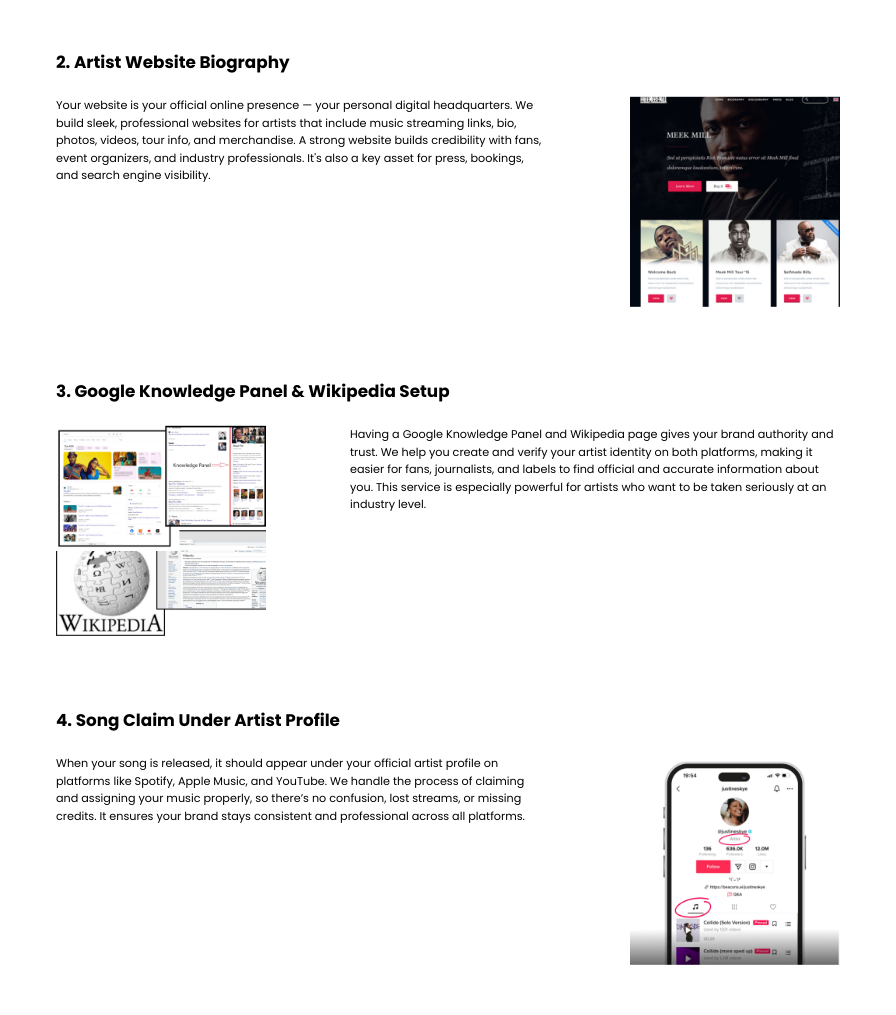
Repository: Ikebobo11/theboss
Page: servicemore.html
An editor plug-in stored every save of this project. The page is shown before and after a run of saves, followed by the edit.
The browser window is 1280 px wide. The pictures show the part of the page from y = 665 to 2585 px (the page is 2115 px tall before and 2585 px after), at 70% of full size.

Above is the page before, as saved 2025-08-30 22:22:19.

### servicemore.html
<!DOCTYPE html>
<html lang="en">
<head>
    <meta charset="UTF-8">
    <meta name="viewport" content="width=device-width, initial-scale=1.0">
    <link rel="stylesheet" href="servicemore.css">
    <link rel="shortcut icon" href="./asset/logo the boss.jpeg" type="image/x-icon">
    <link rel="preconnect" href="https://fonts.googleapis.com">
    <script src="servicemore.js" defer></script>
    <link rel="preconnect" href="https://fonts.gstatic.com" crossorigin>
    <link href="https://fonts.googleapis.com/css2?family=Poppins:ital,wght@0,100;0,200;0,300;0,400;0,500;0,600;0,700;0,800;0,900;1,100;1,200;1,300;1,400;1,500;1,600;1,700;1,800;1,900&display=swap" rel="stylesheet">
    <title>Document</title>
</head>
<body>
       <div class="menudiv">
      <div class="subhide">
        <a href="">Home</a>
        <a href="#Our-Services">Blogs</a>
        <a href="contact.html">Contact</a>
        <a href="">Potfolio</a>
      </div>
     </div>
    <header>
        <div class="header-first-div">
            <img class="logo-image" src="./asset/logo the boss.jpeg"/>
            <div class="Nav-a">
              <a class="link-a" href="index.html">Home</a>
              <a class="link-a" href="#Our-Services">Blogs</a>
              <a class="link-a" href="contact.html">Contact</a>
              <a class="link-a" href="">Potfolio</a>
            </div>
                <img class="showbut hidela" src="./asset/hamburger.png"/>
                <img class="showbut hidelb" src="./asset/multiplication.png"/>
          </div>
        </header>
        <section class="more-service">
          <main class="more-pag">
            <h1>The Boss Music Distribution & Marketing Professional Artist Services That Get You Results</h1>
            <p>
              Whether you're just starting your journey or already building a serious brand, The Boss Music Distribution & Marketing is here to take your career to the next level. Our all-in-one service model is designed to help you grow your audience, increase your exposure, and turn your talent into a lasting legacy.
              Below is a breakdown of the services we offer, each built to provide real value for independent artists, record labels, and music entrepreneurs.
            </p>
          </main>
          <main>
            <div class="serv">
                <h2>1. Google Ads</h2>
              <div class="more-content">
                <div class="imgex">
                  <img src="./asset/1.jpg"/>
                </div>
                <div>
                  <p>
                    We run highly targeted Google Ads campaigns to promote your music, videos, website, or merchandise. These ads appear across Google search results, YouTube, and partner websites, reaching fans who are actively looking for new content. This is a strategic and proven way to boost your visibility
                    and get your content in front of the right audience — not bots, just real people with real interest.
                  </p>
                </div>
              </div>
            </div>

            <div class="serv">
                <h2>2. Artist Website Biography</h2>
              <div class="more-content">
                <div>
                  <p>
                   Your website is your official online presence — your personal digital headquarters.
                   We build sleek, professional websites for artists that include music streaming links, bio, photos, videos, tour info, and merchandise. A strong website builds credibility with fans, event organizers, and industry professionals. It's also a key asset for press, bookings, and search engine visibility.
                </div>
                <div class="imgex">
                  <img src="./asset/2.jpg"/>
                </div>
               </div>
            </div>

            <div class="serv">
                <h2>3. Google Knowledge Panel & Wikipedia Setup</h2>
              <div class="more-content">
                <div class="imgex">
                  <img src="./asset/3.jpg"/>
                </div>
                <div>
                  <p>
                   Having a Google Knowledge Panel and Wikipedia page gives your brand authority and trust.
                   We help you create and verify your artist identity on both platforms, making it easier for fans, journalists, and labels to find official and accurate information about you. This service is especially powerful for artists who want to be taken seriously at an industry level.

                  </p>
                </div>
              </div>
            </div>

            <div class="serv">
                <h2>4. Song Claim Under Artist Profile</h2>
              <div class="more-content">
                <div>
                  <p>
                   When your song is released, it should appear under your official artist profile on platforms like Spotify, Apple Music, and YouTube. We handle the process of claiming and assigning your music properly, so there’s no confusion, lost streams,
                   or missing credits. It ensures your brand stays consistent and professional across all platforms.
                </div>
                <div class="imgex">
                  <img src="./asset/4.jpg"/>
                </div>
               </div>
            </div>

          </main>
        </section>
</body>

### servicemore.css
*{
    padding: 0px;
    margin: 0px;
    box-sizing: border-box;
}
body{
     font-family: "Poppins", sans-serif;
}
img{
  max-width: 100%;
}
a{
  text-decoration: none;
}
p,li{
  @media (max-width:434px) {
    font-size: 14px;
  }
}
.logo-image{
    width: 4rem;
}
.header-first-div{
    /* background-color: rgb(188, 188, 252); */
    background-color: black;
    color: white;
    padding: 0.5rem;
    display: flex;
    z-index: 2;
    justify-content: space-between;
    align-items: center;
    /* gap:3%; */
    position: fixed;
    width: 100vw;
}
.flex-box-a{
  background-color: blue;
}
.header-second-div{
  background-image: url(./st.jpg);
  background-position: center;
  background-size: cover;
  max-width: 100vw;
  min-height: 600px;
  padding-block: 200px 100px;
  @media (max-width:507px) {
    font-size: 40px;
    min-height: 300px;
  }
}
.header-first-h1{
  font-size: 80px;
  text-align: center;
  color: white;
    @media (max-width:507px) {
    font-size: 35px;
  }
}
.header-first-p{
  font-size: 30px;
  text-align: center;
  color: white;
    @media (max-width:507px) {
    font-size: 20px;
  }
}
.menudiv{
  position: fixed;
  top:5rem;
  background-color:blue;
  right: 0;
  width: 100vw;
  min-height: auto;
  left: 0;
  z-index:2;

  display: none;
}
.subhide{
  display: flex;
  gap: 1rem;
  flex-direction: column;
}
.menudiv a{
  /* border-top: 1px solid white; */
  border-bottom: 1px solid white;
  padding-block: 1.64rem;
  padding-left: 1rem;
  color:white;
}
.Nav-a a{
  color: white;
  border-bottom:1px solid transparent;
}
.link-a:hover{
  color: greenyellow;
  border-bottom: 1px solid white;
}
.showbut{
  width: 3rem;
  padding-right: 1rem;
  filter: invert(1);
}
.hidelb{
  display: none;

}
.hidela{
  display: none;
   @media (max-width:659px) {
    display: block;
  }
}
.Nav-a{
  display: flex;
  padding-inline: 60px;
  gap: 3rem;
  @media (max-width:659px) {
    display: none;
  }
}

/* content section */
.more-service{
  top: 100px;
  position: relative;
  max-width: 1120px;
  margin-inline: auto;
}
.more-pag>h1{
  color: greenyellow;
}
.serv{
  padding-block:2rem ;
}
.more-content{
  display: flex;
  justify-content: space-between;
  padding-block: 2rem;
}
.imgex{
  max-width: 300px;
}
.imgex>img{
  width: 100%;
}
.more-content p{
  max-width: 700px;
}

### servicemore.js
let hidela = document.querySelector(".hidela")
let hidelb = document.querySelector(".hidelb")
let menudiv = document.querySelector(".menudiv")
function menushow(){
    hidelb.style.display = "block"
    hidela.style.display = "none"
    menudiv.style.display ="block"
}
hidela.addEventListener("click",menushow)

function menuhide(){
    hidelb.style.display = "none"
    hidela.style.display = "block"
    menudiv.style.display ="none"
}
hidelb.addEventListener("click",menuhide)

After the next 3 saves:
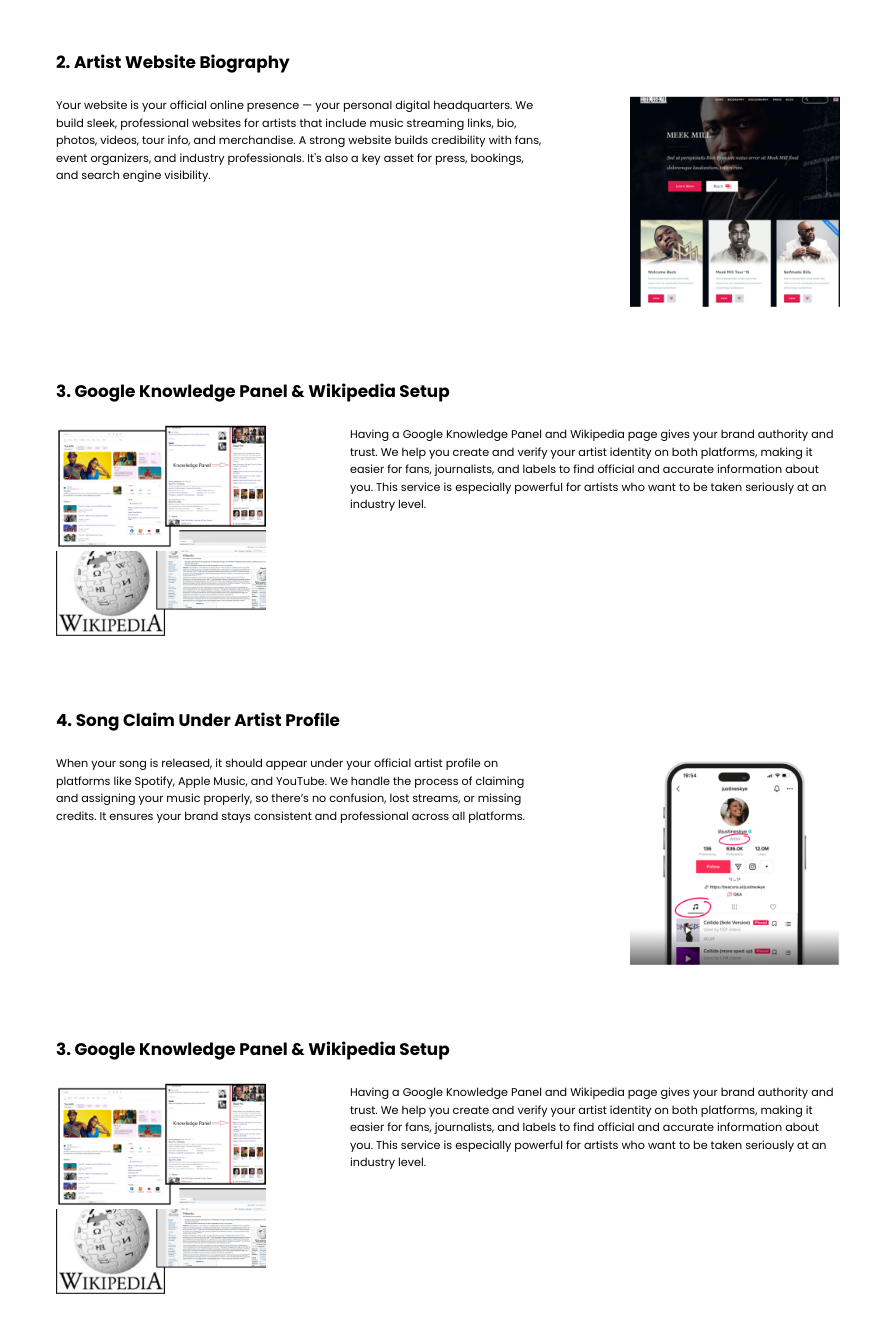
The 3 saves are shown as one change because they came seconds apart.
The last was saved 12 s later.
--- a/servicemore.html
+++ b/servicemore.html
@@ -101,6 +101,23 @@
                </div>
             </div>
 
+            <div class="serv">
+                <h2>3. Google Knowledge Panel & Wikipedia Setup</h2>
+              <div class="more-content">
+                <div class="imgex">
+                  <img src="./asset/3.jpg"/>
+                </div>
+                <div>
+                  <p>
+                   Having a Google Knowledge Panel and Wikipedia page gives your brand authority and trust.
+                   We help you create and verify your artist identity on both platforms, making it easier for fans, journalists, and labels to find official and accurate information about you. This service is especially powerful for artists who want to be taken seriously at an industry level.
+
+                  </p>
+                </div>
+              </div>
+            </div>
+
+
           </main>
         </section>
 </body>
